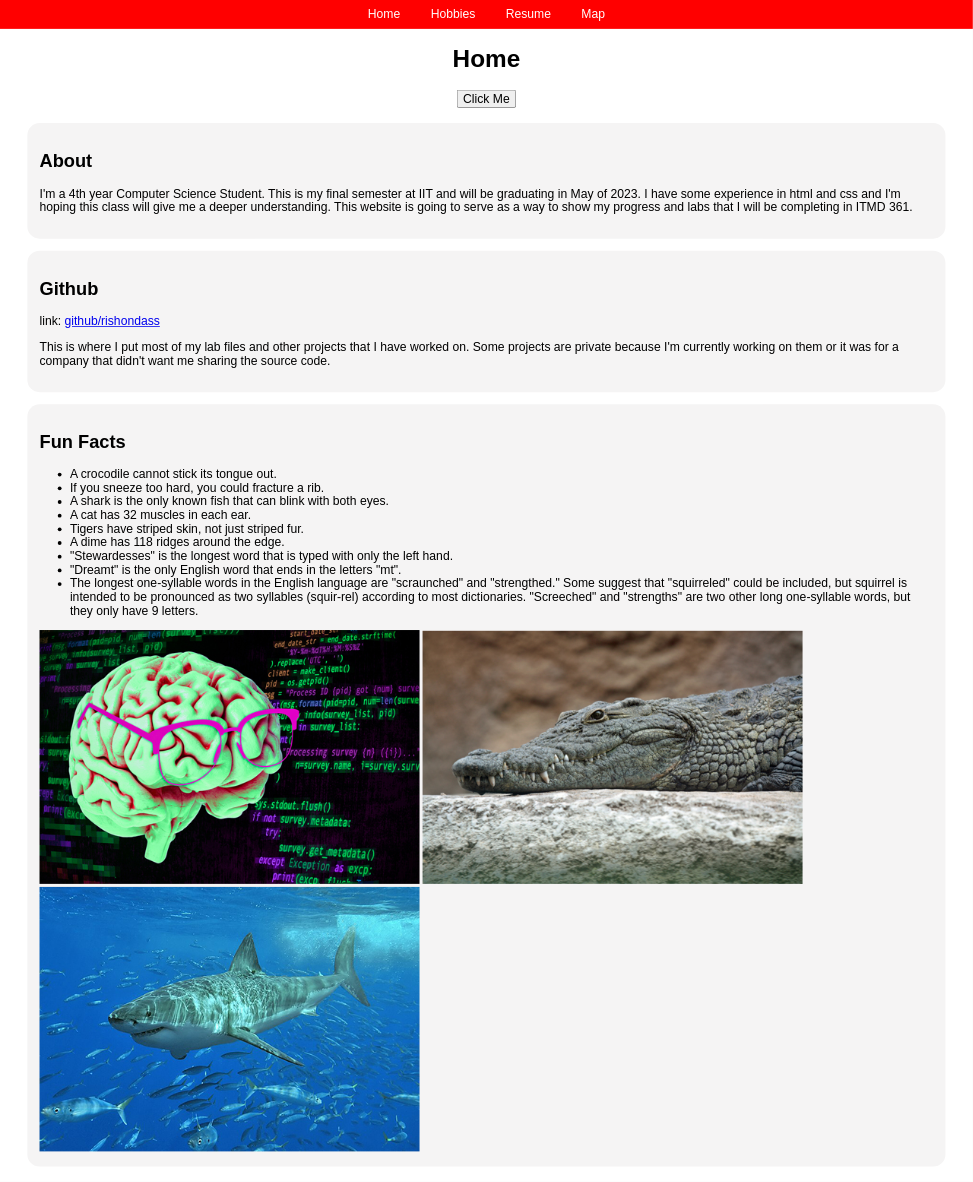
Repository: rishondass/ITMD361-Project3
Page: index.html
These files come from the project's save history. The page is drawn as it stood at one moment and after a run of saves; the edit follows.
The browser window is 1280 px wide. The pictures show the whole page, at 76% of full size.

Above is the page before, as saved 2023-04-28 18:12:21.

### index.html
<!DOCTYPE html>
<html lang="en">
<head>
  <meta charset="UTF-8">
  <meta name="viewport" content="width=device-width, initial-scale=1.0">
  <script src="./js/index.js"></script>
  <link rel="stylesheet" href="css/normalize.css">
  <link rel="stylesheet" href="css/style.css">
  <title>Home</title>
</head>
<body>
  <nav id="main-nav">
    <ul>
      <li>
        <a href="index.html">Home</a>
      </li>
      <li>
        <a href="hobbies.html">Hobbies</a>
      </li>
      <li>
        <a href="resume.html">Resume</a>
      </li>
      <li>
        <a href="map.html">Map</a>
      </li>
    </ul>
  </nav>
  <div id="hero-section">
    <h1 id="title">
      Home
    </h1>
    <div id="secretdiv">
      <button id="secretbutton">Click Me</button>
    </div>

  </div>
  <div id="main-container">
    <div id="about-section">
      <h2>
        About
      </h2>
      <p>
        I'm a 4th year Computer Science Student. This is my final semester at IIT and will be graduating in May of 2023. I have some experience in html and css and I'm hoping this class will give me a deeper understanding. This website is going to serve as a way to show my progress and labs that I will be completing in ITMD 361.
      </p>
    </div>
    <div id="github-section">
      <h2>
        Github
      </h2>
      <p>
        link: <a target="_blank" href="https://www.github.com/rishondass">github/rishondass</a>
      </p>
      <p>
        This is where I put most of my lab files and other projects that I have worked on. Some projects are private because I'm currently working on them or it was for a company that didn't want me sharing the source code.
      </p>
    </div>
    <div id="funfactions-section">
      <h2>
        Fun Facts
      </h2>
      <ul>
        <li>
          A crocodile cannot stick its tongue out.
        </li>
        <li>
          If you sneeze too hard, you could fracture a rib.
        </li>
        <li>
          A shark is the only known fish that can blink with both eyes.
        </li>
        <li>
          A cat has 32 muscles in each ear.
        </li>
        <li>
          Tigers have striped skin, not just striped fur.
        </li>
        <li>
          A dime has 118 ridges around the edge.
        </li>
        <li>
          "Stewardesses" is the longest word that is typed with only the left hand.
        </li>
        <li>
          "Dreamt" is the only English word that ends in the letters "mt".
        </li>
        <li>
          The longest one-syllable words in the English language are "scraunched" and "strengthed." Some suggest that "squirreled" could be included, but squirrel is intended to be pronounced as two syllables (squir-rel) according to most dictionaries. "Screeched" and "strengths" are two other long one-syllable words, but they only have 9 letters.
        </li>
      </ul>
      <img src="images/code.jpg" alt="image_of_code">
      <img src="images/nile_crocodile_head.jpg" alt="image_of_crocodile">
      <img src="images/white_shark.jpg" alt="image_of_shark">
    </div>
  </div>
</body>
</html>

### js/index.js
window.onload = function(){
    let secretButton = document.getElementById("secretbutton");

    secretButton.addEventListener("click",()=>{
        window.open("https://www.youtube.com/watch?v=BBJa32lCaaY");
    });
}

### css/style.css
#main-nav{
    background-color: red;
    overflow: hidden;
}

#main-nav ul{
    list-style-type: none;
    padding: 0;
    margin: 0;
    display: flex;
    justify-content: center;
}

#main-nav a{
   display: block;
   padding: 10px 20px;
   text-decoration: none;
   color: white;
}


#main-nav a:hover{
    background-color: rgb(255, 255, 255);
    color:black;
}

#main-container{
    margin: 20px;
}

/*
To be added
#hero-section{
    width: 100%;
    height: 100vh;
    background-color:rgb(15, 92, 207);
} */

#title{
    text-align: center;
}

#about-section{

}

#main-container div{
    margin: 1rem;
    border-radius: 1rem;
    padding: 1rem;
    background-color:rgb(245, 244, 244);
}

.container-objects{
    margin: 1rem;
    border-radius: 1rem;
    padding: 1rem;
    background-color:rgb(245, 244, 244);
}

.hobbies-images{
    width: 300px;
}

.hobbies-videos{
    width: 500px;
}



.hobby-container-item{
    float: left;
    background-color:rgb(245, 244, 244);
}


#map {
  display: flex;
  justify-items: center;
  height: 800px;
  width: 80%;
  margin: 10px auto;
}

@media screen and (max-width:390px) {
  .container-objects{
    background-color: red;
    color: white;
    text-align: center;
    padding: 12px;
    height: 500px;
  }
}

@media screen and (max-width:820px) and (min-width:390px) {
  .container-objects{
    background-color: rgb(212, 0, 255);
    color: white;
    text-align: right;
    height: 300px;
    padding: 10px;
  }
}

#secretdiv{
    display: flex;
    justify-content: center;
}

Loaded but not shown: css/normalize.css (library)

After the next 2 saves:
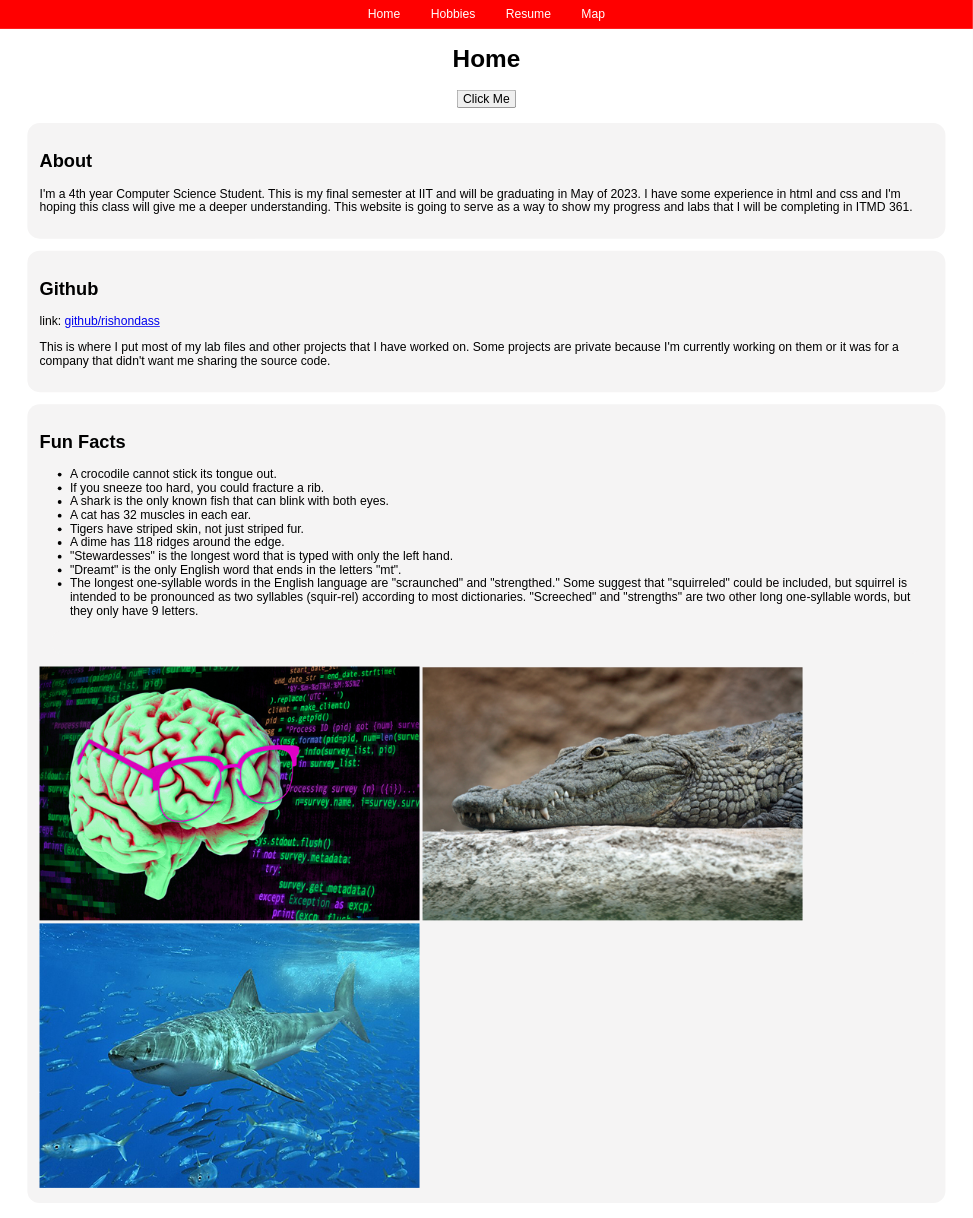
The 2 saves are shown as one change because they came seconds apart.
The last was saved 2 min 21 s later.
--- a/index.html
+++ b/index.html
@@ -87,6 +87,9 @@
           The longest one-syllable words in the English language are "scraunched" and "strengthed." Some suggest that "squirreled" could be included, but squirrel is intended to be pronounced as two syllables (squir-rel) according to most dictionaries. "Screeched" and "strengths" are two other long one-syllable words, but they only have 9 letters.
         </li>
       </ul>
+      <div >
+
+      </div>
       <img src="images/code.jpg" alt="image_of_code">
       <img src="images/nile_crocodile_head.jpg" alt="image_of_crocodile">
       <img src="images/white_shark.jpg" alt="image_of_shark">
